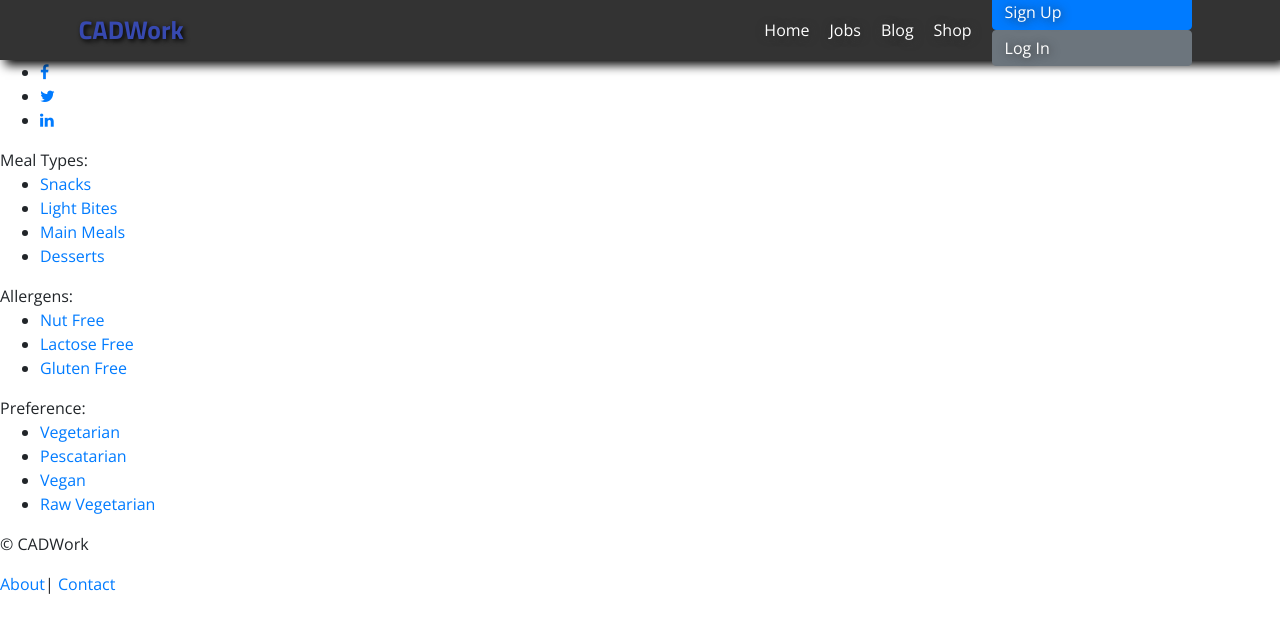
Repository: JShad30/cadwork
Page: templates/base.html
The author's editor kept a record of every edit. The page is drawn from the files as they stood at one moment, then again after the next edit.
The browser window is 1280 px wide. The pictures show the whole page.
The template is drawn by Django 2.2. The application's start-up code is not run. Other server files are loaded and not shown. The template is opened directly, without the code that normally fills it, so the values that code supplies are empty.

Above is the page before.

### templates/base.html
{% load staticfiles %}
<!DOCTYPE html>
<html lang="en">

<head>
	<!--Meta descriptions-->
    <meta charset="UTF-8">
    <meta name="viewport" content="width=device-width, initial-scale=1.0">
    <meta http-equiv="X-UA-Compatible" content="ie=edge">
    <meta name="description" content="Upload jobs and find a CAD Professional for your project">

    <!--Website title and description-->
    <title>CADWork</title>

    <!--Links to font awesome used for social icons and the css file and the bootstrap framework-->
    <link rel="stylesheet" href="https://stackpath.bootstrapcdn.com/bootstrap/4.3.1/css/bootstrap.min.css" integrity="sha384-ggOyR0iXCbMQv3Xipma34MD+dH/1fQ784/j6cY/iJTQUOhcWr7x9JvoRxT2MZw1T" crossorigin="anonymous">
    <link rel="stylesheet" href="https://cdnjs.cloudflare.com/ajax/libs/font-awesome/4.7.0/css/font-awesome.min.css">
    <link rel="stylesheet" href="{% static 'css/styles.css' %}">
</head>

<!--This html page will have the navbar and footer that will be used on every one of the pages-->
<body>

    <nav class="navbar">
        <div class="navbar-container">
            <div class="navbar-logo-label">
            	<!--Logo will link back to the home page-->
                <div class="navbar-logo">
                    <a href="#">CADWork</a>
                </div>
                <!--Navbar burger icon created so that effect can take place on mobile view-->
                <div id="navbar-dropdown" class="navbar-dropdown">
					<span class="line line1"></span>
					<span class="line line2"></span>
					<span class="line line3"></span>
                </div>
            </div>
            <div class="navbar-links">
            	<div class="navbar-link">
	            	<a class="dropdown-content-button" href="#">Home</a>
	            </div>
	            <div class="navbar-link">
	                <a id="jobs-dropdown-link" class="dropdown-content-button" href="#">Jobs</a>
	                <div id="jobs-dropdown" class="dropdown-content">
		                <a class="dropdown-content-link" href="#">Upload</a>
		                <a class="dropdown-content-link" href="#">Bid</a>
		            </div>
		        </div>
		        <div class="navbar-link">
                	<a class="dropdown-content-button" href="#">Blog</a>
                </div>
                <div class="navbar-link">
	            	<a class="dropdown-content-button" href="#">Shop</a>
	            </div>

                <!--Buttons that link to pages allowing the user to sign up or login to their membership area-->
                {% if user.is_authenticated %}
                <!--Account link which only appears if user is logged in-->
                <div class="navbar-link">
                	<a id="meal-type" class="dropdown-content-button" href="#">Account</a>
                </div>
                <div class="navbar-link-buttons-logout">
                	<a class="btn btn-dark" href="#" role="button">Log Out</a>
                </div>

	            {% else %}
	            <div class="navbar-link-buttons">
		            <a class="btn btn-primary" href="#" role="button">Sign Up</a>
		            <a class="btn btn-secondary" href="#" role="button">Log In</a>
	            </div>
	            {% endif %}

	            <!--The following lines will only appear in mobile views-->
	            <div class="horizontal-rule-divider">
	            	<div class="navbar-contents-seperate"></div>
	            </div>
	            <!--Social links in destop views wil be attached to the side of the page-->
	            <div class="navbar-link">
	                <div id="social" class="dropdown-content">
	                	<a class="social-link" href="https://www.facebook.com/" target="_blank"><i class="fa fa-facebook"></i></a>
	                	<a class="social-link" href="https://twitter.com/" target="_blank"><i class="fa fa-twitter"></i></a>
	                	<a class="social-link" href="https://www.linkedin.com/?hl=en" target="_blank"><i class="fa fa-linkedin"></i></a>
	                </div>
	            </div>

	            <!--Contact and about page only appears in mobile views-->
	            <div class="contact-about-navbar">
	            	<div class="contact-about-navbar-links">
		                <a id="about-navbar" class="contact-about-link" href="#">About</a>
		                <a id="contact-navbar" class="contact-about-link" href="#">Contact</a>
		                <span class="contact-about-link">&#169; 2019 CADWork</span>
		            </div>
	            </div>

            </div>
        </div>
    </nav>

    <!--These social icons only display where the website is being displayed on mobile views -->
    <div class="icon-bar-desktop-views">
		<a href="https://www.facebook.com/" target="_blank" class="icon-bar-facebook"><i class="fa fa-facebook"></i></a>
		<a href="https://twitter.com/" target="_blank" class="icon-bar-twitter"><i class="fa fa-twitter"></i></a>
		<a href="https://www.linkedin.com/?hl=en" target="_blank" class="icon-bar-linkedin"><i class="fa fa-linkedin"></i></a>
	</div>

    {% block content %}
    {% endblock %}

    <footer class="footer">
		<div class="footer-container">
			<!--Social links at the top of the footer-->
			<div class="footer-social">
                <ul class="social-links">
                    <li class="social"><a class="dropdown-content-link social-link" href="https://www.facebook.com/" target="_blank"><i class="fa fa-facebook"></i></a></li>
                    <li class="social"><a class="dropdown-content-link social-link" href="https://twitter.com/" target="_blank"><i class="fa fa-twitter"></i></a></li>
                    <li class="social"><a class="dropdown-content-link social-link" href="https://www.linkedin.com/?hl=en" target="_blank"><i class="fa fa-linkedin"></i></a></li>
                </ul>
            </div>
            <!--Links at the top of the footer section-->
			<div class="footer-top-primary-links">
				<!--Select the recipes by meal type-->
				<div class="footer-section">
					<div class="meal-types-footer-links footer-list-title" id="meal-types-footer-dropdown">Meal Types:</div>
					<ul class="meal-types-subject-links footer-list" id="meal-types-list">
						<li class="footer-list-item"><a class="footer-list-link" href="#">Snacks</a></li>
						<li class="footer-list-item"><a class="footer-list-link" href="#">Light Bites</a></li>
						<li class="footer-list-item"><a class="footer-list-link" href="#">Main Meals</a></li>
						<li class="footer-list-item"><a class="footer-list-link" href="#">Desserts</a></li>
					</ul>
				</div>
				<!--Select recipes by allergen requirements-->
				<div class="footer-section">
					<div class="allergens-footer-links footer-list-title" id="allergens-footer-dropdown">Allergens:</div>
					<ul class="allergens-subject-links footer-list" id="allergens-list">
						<li class="footer-list-item"><a class="footer-list-link" href="#">Nut Free</a></li>
						<li class="footer-list-item"><a class="footer-list-link" href="#">Lactose Free</a></li>
						<li class="footer-list-item"><a class="footer-list-link" href="#">Gluten Free</a></li>
					</ul>
				</div>
				<!--Allow the user to select the pages that show the most recent and the most popular recipes-->
				<div class="footer-section">
					<div class="search-footer-links footer-list-title" id="search-footer-dropdown">Preference:</div>
					<ul class="search-subject-links footer-list" id="search-list">
						<li class="footer-list-item"><a class="footer-list-link" href="#">Vegetarian</a></li>
						<li class="footer-list-item"><a class="footer-list-link" href="#">Pescatarian</a></li>
						<li class="footer-list-item"><a class="footer-list-link" href="#">Vegan</a></li>
						<li class="footer-list-item"><a class="footer-list-link" href="#">Raw Vegetarian</a></li>
					</ul>
				</div>
			</div>
			<!--Horizontal rule between the top section of the footer and the bottom statements-->
			<div class="horizontal-rule-footer">
	          	<div class="footer-contents-separate"></div>
	        </div>
	        <!--Bottom section of the footer-->
            <div class="footer-statement">
            	<!--Copyright statement-->
            	<p class="statement">&#169; CADWork</p>
            	<div class="footer-contact-about">
					<p class="footer-contact-about-links">
						<!--Links to the contact and about pages-->
						<span class="footer-contact-about-links-span"><a id="about-footer" class="terms-about-link" href="#">About</a></span><span class="footer-contact-about-links-divider">|</span>
			            <span class="footer-contact-about-links-span"><a id="contact-footer" class="terms-about-link" href="#">Contact</a></span>
			        </p>
				</div>
            </div>
		</div>
	</footer>

    <!--Scripts to run-->
    <script src="https://code.jquery.com/jquery-3.3.1.slim.min.js" integrity="sha384-q8i/X+965DzO0rT7abK41JStQIAqVgRVzpbzo5smXKp4YfRvH+8abtTE1Pi6jizo" crossorigin="anonymous"></script>
    <script src="https://cdnjs.cloudflare.com/ajax/libs/popper.js/1.14.7/umd/popper.min.js" integrity="sha384-UO2eT0CpHqdSJQ6hJty5KVphtPhzWj9WO1clHTMGa3JDZwrnQq4sF86dIHNDz0W1" crossorigin="anonymous"></script>
    <script src="https://stackpath.bootstrapcdn.com/bootstrap/4.3.1/js/bootstrap.min.js" integrity="sha384-JjSmVgyd0p3pXB1rRibZUAYoIIy6OrQ6VrjIEaFf/nJGzIxFDsf4x0xIM+B07jRM" crossorigin="anonymous"></script>
    <script src="{% static 'js/navbar.js' %}"></script>
    <script src="{% static 'js/navbar-contents.js' %}"></script>

</body>

</html>

### static/css/styles.css
/*Font style imports*/

/*Colours to use in site*/
/*
blue colour - #3749B0
dark grey - #333333
White colour - #FAFAFA
*/

/*Importing the fonts */

/* Open Sans font to be used throughout the site */
@import url('https://fonts.googleapis.com/css?family=Open+Sans:400,600&display=swap');

/* Titillium web to be used for the headers throughout the site */
@import url('https://fonts.googleapis.com/css?family=Titillium+Web:400,700&display=swap');

/* Global styles styles*/

* {
    margin: 0;
    font-family: "Open Sans", sans-serif;
}

h1, h2, h3, h4, h5, h6 {
    font-family: "Titillium Web", sans-serif;
}







/*---------- Navbar ----------*/
.navbar {
    position: sticky;
    top: 0;
	width: 100%;
    background-color: #333333;
    display: flex;
    flex-direction: column;
    justify-content: center;
    align-items: center;
    z-index: 10;
    box-shadow: 5px 5px 10px #000000;
}

.navbar-container {
    margin: 0 10px;
    width: 90%;
    height: 100%;
    display: flex;
    flex-direction: column;
    align-items: space-between;
}

.navbar-logo-label {
	height: 60px;
    display: flex;
    flex-direction: row;
    align-items: center;
    justify-content: space-between;
}

.navbar-logo a {
	display: flex;
	align-items: center;
	font-family: "Titillium Web", sans-serif;
	font-size: 1.6em;
	font-weight: 700;
	color: #3749B0;
	text-decoration: none;
	transition-duration: 0.1s;
    transition-timing-function: ease-in-out;
    text-shadow: 2px 2px 5px #000000;
}

.navbar-logo a:hover {
    transition-property: color;
    transition-duration: 0.1s;
    transition-timing-function: ease-in-out;
    color: #80C0B8;
}

/*Navbar burger icon*/
.navbar-dropdown {
    width: 50px;
	font-size: 1.8em;
    display: flex;
    justify-content: flex-end;
    cursor: pointer;
}

.line {
    position: absolute;
    height: 3.5px;
    width: 25px;
    background-color: #FFFFFF;
    border-radius: 1.75px;
    transition: all ease-in-out 0.2s;
}

.line1 {
    top: 22px;
}

.line2 {
    top: 30px;
}

.line3 {
    top: 38px;
}

/*Controlling the cross effect when the burger menu is selected in mobile views*/
.navbar-dropdown.close .line1{
    transform: rotate(45deg);
    top: 30px;
}

.navbar-dropdown.close .line2,
.navbar-dropdown.close .line3 {
    transform: rotate(-45deg);
    top: 30px;
}

/*Navbar dropdown links*/
.navbar-links {
	display: none;
    margin-top: 10px;
}

.navbar-links div a {
	height: inherit;
    display: flex;
    align-items: center;
    margin: 5px;
    text-decoration: none;
    color: #FFFFFF;
    font-size: 1.2em;
    line-height: 1.4em;
    transition-duration: 0.1s;
    transition-timing-function: ease-in-out;
    text-shadow: 1px 1px 10px #333333;
}

.navbar-links .navbar-link a:hover {
    transition-property: color;
    color: #80C0B8;
    transition-timing-function: ease-in-out;
    transition-duration: 0.1s;
}

.navbar-links.active {
	display: flex;
	flex-direction: column;
    align-items: center;
    justify-content: center;
}

.dropdown-content-button {
    cursor: pointer;
}

/*Navbar dropdown appearance*/

.dropdown-content {
    display: flex;
    min-width: 150px;
    z-index: 1;
    padding: 0 10px;
}

/*Controlling the dropdown content*/

.dropdown-content .dropdown-content-link {
	font-family: "Roboto", sans-serif;
    line-height: 1.4em;
	font-size: 1em;
	transition-property: color;
	transition-duration: 0.1s;
	transition-timing-function: ease-in-out;
	margin-left: 10px;
}

.dropdown-content .dropdown-content-link:hover {
	color: #80C0B8;
	transition-property: color;
	transition-duration: 0.1s;
	transition-timing-function: ease-in-out;
}

/*Search for section active and non active states for navbar-contents.js*/
#search-link-dropdown {
    display: none;
}

#search-link-dropdown.active {
    display: flex;
}

/*Jobs dropdown controlled by navbar-contents.js*/
#jobs-dropdown {
    display: none;
}

#jobs-dropdown.active {
    display: flex;
}

/*Social media links*/

.dropdown-content .social-link {
    margin: 10px;
}

/*contact and Conditions/About/ horizontal line appearing in mobile view*/

/*Social links in mobile view*/
#social {
    display: flex;
    flex-direction: row;
    justify-content: center;
    align-items: center;
    width: 100%;
    padding: 0;
    margin: 20px 0 30px 0;
}

.navbar-link div a i {
    font-size: 1.7em;
}

/*Horizontal line that appears in mobile views*/
.horizontal-rule-divider {
    display: flex;
    align-items: center;
    justify-content: center;
    margin-top: 30px;
}

.navbar-contents-seperate {
    width: 50%;
    height: 1px;
    background-color: #FAFAFA;
    border: 0;
}

/*Links to contact and about page that only appear in the mobile view*/
.contact-about-navbar {
    margin: 15px 0;
}

.contact-about-navbar-links {
    display: flex;
    flex-direction: column;
    justify-content: center;
    align-items: flex-start;
}

.contact-about-navbar div a,
.contact-about-navbar div span {
    margin: 2px 5px;
    color: #FAFAFA;
    font-size: 0.8em;
    font-family: "Roboto", sans-serif;
    transition-property: color;
    transition-duration: 0.1s;
    transition-timing-function: ease-in-out;
    line-height: 1.5em;
}

.contact-about-navbar div a:hover {
    transition-property: color;
    transition-duration: 0.1s;
    transition-timing-function: ease-in-out;
}
/*---------- End of Navbar ----------*/







/* Social icons at the side of the page in desktop views */
.icon-bar-desktop-views {
    top: 40%;
    position: fixed;
    -webkit-transform: translateY(-50%);
    -ms-transform: translateY(-50%);
    transform: translateY(-50%);
}

.icon-bar-desktop-views a {
    display: none;
    text-align: center;
    transition-timing-function: ease-in-out;
    padding: 10px 12px;
    transition-duration: 0.1s;
    color: white;
    font-size: 25px;
}

.icon-bar-facebook {
    background-color: #3B5998;
    color: #FAFAFA;
    width: 30px;
}

.icon-bar-twitter {
    background-color: #55ACEE;
    color: #FAFAFA;
    width: 30px;
}

.icon-bar-linkedin {
    background-color: #007bb5;
    color: #FAFAFA;
    width: 30px;
}

.icon-bar-facebook:hover,
.icon-bar-twitter:hover,
.icon-bar-linkedin:hover {
    padding-left: 30px;
}
/*---------- End of social icons at the side of the page in desktop views ----------*/







/*---------- Footer ----------*/
/*---------- End of Footer ----------*/









/*---------- Larger screen sizes ----------*/
/* Horizontal mobile screens */
@media(min-width: 500px) {
}

/*tablet screens*/
@media(min-width: 768px) {
}

/*Large tablet and small laptop screens*/
@media(min-width: 992px) {
    /*----------Navbar----------*/

	.navbar {
		height: 60px;
	}

	.navbar-container {
        display: flex;
        flex-direction: row;
        justify-content: space-between;
        align-items: center;
    }

	/*Setting the margin between the left of the page and the logo*/

    .navbar-links {
        display: flex;
        flex-direction: row;
        justify-content: flex-end;
        align-items: center;
        height: 80px;
        margin-top: 0;
    }

    /*Switching off the burger menu*/
    .navbar-dropdown {
        display: none;
    }

    .navbar-links div a {
	    font-size: 1em;
	    margin-left: 10px;
	}

    .dropdown-content {
        display: flex;
        position: absolute;
        background-color: #36736B;
        min-width: 100px;
        box-shadow: 0px 8px 10px 0px rgba(0,0,0,0.3);
        z-index: 1;
        padding: 0 10px 10px 10px;
    }

    .dropdown-content .dropdown-content-link {
        line-height: 1.2em;
        font-size: 0.9em;
        margin: 3px 0 3px 5px;
    }

    .navbar-link {
        height: 60px;
    }

    .navbar-links div a {
        margin: 0 10px;
    }

    .navbar-link .dropdown-content a {
        margin: 10px 0;
    }

    /*Bonus links in the Navbar*/
    .navbar-contents-seperate,
    .contact-about-navbar {
        display: none;
    }

    /*Stopping social links from displaying*/
    .navbar-link #social {
        display: none;
    }

    .navbar-link-buttons {
        margin: 0;
        justify-content: flex-end;
        width: 220px;
    }

    .navbar-link-buttons-logout {
        width: 130px;
    }

    .sign-up-login-button {
        margin: 0 4px;
    }

    .my-account {
        font-size: 1.6em;
    }

    /*----------End of Navbar in laptop and desktop views-----------*/

}

/*Larger laptop and desktop screens*/
@media(min-width: 1224px) {
}

### static/js/navbar.js
var width = $(window).width(); // Setting the window of the screen as a variable

//Adding and removeing the classes
$(document).ready(function() {
    $("#navbar-dropdown").on("click", function() {
    	$(this).toggleClass("close");
		$(".navbar-links").slideToggle("fast");
	});
});

// Reset page when window size changes
$(window).resize(function() {
    location.reload(true)
});

Loaded but not shown: static/js/navbar-contents.js (no copy from this time; the picture is the same without it)

After the next edit:
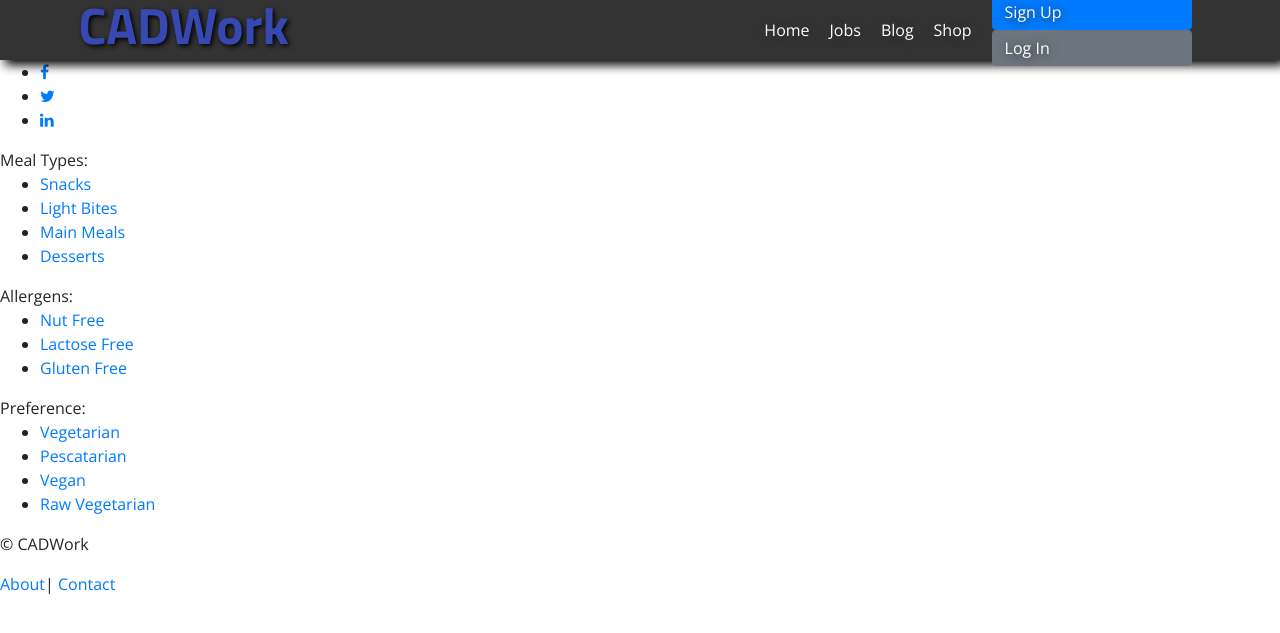
The edit:
--- a/templates/base.html
+++ b/templates/base.html
@@ -26,7 +26,7 @@
             <div class="navbar-logo-label">
             	<!--Logo will link back to the home page-->
                 <div class="navbar-logo">
-                    <a href="#">CADWork</a>
+                    <h2><a href="#">CADWork</a></h2>
                 </div>
                 <!--Navbar burger icon created so that effect can take place on mobile view-->
                 <div id="navbar-dropdown" class="navbar-dropdown">
